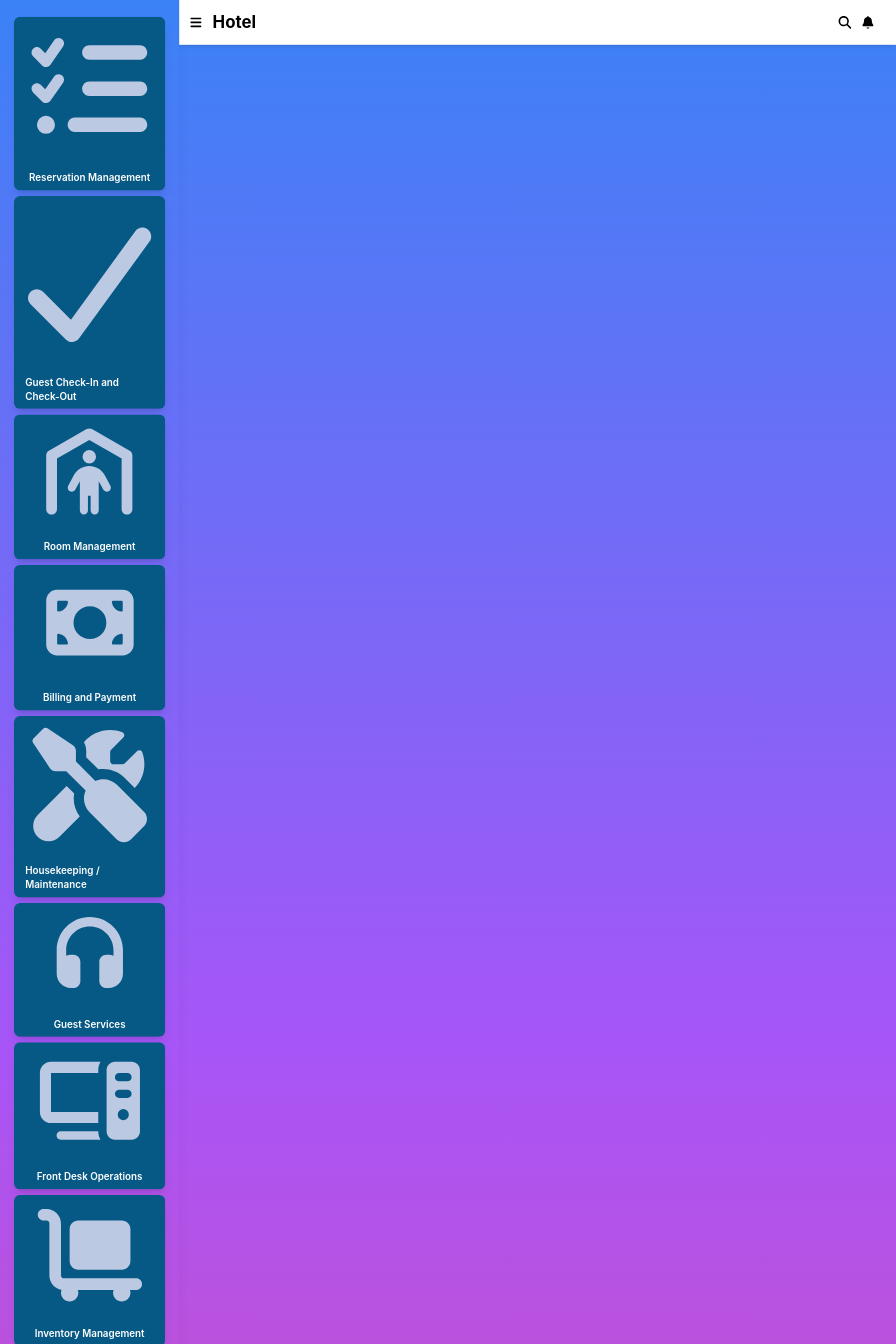
Repository: musabismael/Hotel
Page: /
An editor plug-in stored every save of this project. The page is shown before and after the next save, followed by the edit.
The browser window is 1280 px wide. The pictures show the part of the page from y = 0 to 1920 px (the page is 3016 px tall), at 70% of full size.
The project was rebuilt for these pictures with package versions that can differ from the ones it lists, and the page was loaded fresh each time. Also part of the build but not shown: vite.config.js, src/App.css, src/pages/ReservationManagement.jsx, src/pages/GuestCheckInOut.jsx, src/pages/RoomManagement.jsx, src/pages/BillingPayment.jsx, src/pages/HousekeepingMaintenance.jsx, src/pages/GuestServices.jsx and 6 more.

Above is the page before, as saved 2023-10-01 19:12:14.

### index.html
<!doctype html>
<html lang="en">
  <head>
    <meta charset="UTF-8" />
    <link rel="icon" type="image/svg+xml" href="/vite.svg" />
    <meta name="viewport" content="width=device-width, initial-scale=1.0" />
    <title>Hotel</title>
  </head>
  <body>
    <div id="root"></div>
    <script type="module" src="/src/main.jsx"></script>
  </body>
</html>

### src/App.jsx
import "./App.css";
import { createBrowserRouter } from "react-router-dom";
import { RouterProvider } from "react-router";
import LandingPageLayout from "./layouts/LandingPageLayout";
import ReservationManagement from "./pages/ReservationManagement";
import GuestCheckInOut from "./pages/GuestCheckInOut";
import RoomManagement from "./pages/RoomManagement";
import BillingPayment from "./pages/BillingPayment";
import HousekeepingMaintenance from "./pages/HousekeepingMaintenance";
import GuestServices from "./pages/GuestServices";
import FrontDeskOperations from "./pages/FrontDeskOperations";
import InventoryManagement from "./pages/InventoryManagement";
import ReportingAnalytics from "./pages/ReportingAnalytics";
import SecurityAccessControl from "./pages/SecurityAccessControl";
import PointOfSale from "./pages/PointOfSale";
import CRM from "./pages/CRM"; // Import the CRM component
const router = createBrowserRouter([
  {
    path: "/",
    element: <LandingPageLayout />,
    children: [
      {
        path: "/reservation_management",
        element: <ReservationManagement />,
      },
      {
        path: "/guestCheckInOut",
        element: <GuestCheckInOut />,
      },
      {
        path: "/billing_and_payment",
        element: <BillingPayment />,
      },
      {
        path: "/room_management",
        element: <RoomManagement />,
      },
      {
        path: "/housekeeping_maintenance",
        element: <HousekeepingMaintenance />,
      },
      {
        path: "/guest_services",
        element: <GuestServices />,
      }, {
        path: "/desk_operations",
        element: <FrontDeskOperations />,
      }, {
        path: "/security_control",
        element: <SecurityAccessControl />,
      },
      {
        path: "/reporting_and_analytics",
        element: <ReportingAnalytics />,
      }, {
        path: "/inventory_management",
        element: <InventoryManagement />,
      },
      {
        path: "/pos",
        element: <PointOfSale />,
      },
      {
        path: "/crm",
        element: <CRM />,
      },
    ],
  },
]);

const App = () => <RouterProvider router={router} />;
export default App;

### src/index.css
@tailwind base;
@tailwind components;
@tailwind utilities;

:root {
  font-family: Inter, system-ui, Avenir, Helvetica, Arial, sans-serif;
  line-height: 1.5;
  font-weight: 400;
  background-image: url("cover.jpeg"), url("cover.jpeg");
  background-color:#397398;

  font-synthesis: none;
  text-rendering: optimizeLegibility;
  -webkit-font-smoothing: antialiased;
  -moz-osx-font-smoothing: grayscale;
  -webkit-text-size-adjust: 100%;
}

### src/layouts/LandingPageLayout.jsx
import { Outlet } from "react-router";
import Header from "../component/Header";
import Sidebar from "../component/Sidebar";
const LandingPageLayout = () => {
  return (
    <div className="flex bg-gradient-to-b from-blue-500 via-purple-500 to-pink-500">
      <Sidebar />

      <div className="flex-1">
        <Header />
        <main className="p-4">
          <Outlet />
        </main>
      </div>
    </div>
  );
};

export default LandingPageLayout;

### src/component/Header.jsx
import { FontAwesomeIcon } from "@fortawesome/react-fontawesome";
import { faBars, faBell, faSearch } from "@fortawesome/free-solid-svg-icons";

function Header() {
  return (
    <header className="bg-white shadow-md p-4 flex justify-between items-center sticky top-0 w-full  ">
      <div className="flex items-center">
        <FontAwesomeIcon
          icon={faBars}
          className="text-black mr-4 text-lg color"
        />
        <h1 className="text-2xl font-bold text-black">Hotel</h1>
      </div>
      <div className="flex items-center">
        <FontAwesomeIcon icon={faSearch} className="text-black text-lg mr-4" />
        <FontAwesomeIcon icon={faBell} className="text-black text-lg mr-4" />

        {/* Add other icons or elements on the right side here */}
      </div>
    </header>
  );
}

export default Header;

### src/component/Sidebar.jsx
import Card from "./Card";
import {
  faPersonShelter,
  faListCheck,
  faCheck,
  faMoneyBill,
  faScrewdriverWrench,
  faHeadphones,
  faComputer,
  faCartFlatbed,
  faPersonMilitaryPointing,
  faChartBar,
  faKey,
  faBookmark,
} from "@fortawesome/free-solid-svg-icons";

const Sidebar = () => {
  const cardData = [
    {
      id: 1,
      title: "Reservation Management",
      description:
        "Online booking, availability calendar, and booking modification.",
      icon: faListCheck,
      link: "/reservation_management",
    },
    {
      id: 2,
      title: "Guest Check-In and Check-Out",
      description: "Guest registration, check-out, and key card issuance.",
      icon: faCheck,
      link: "/GuestCheckInOut",
    },
    {
      id: 3,
      title: "Room Management",
      description: "Room assignment, status updates, and inventory tracking.",
      icon: faPersonShelter,
      link: "/room_Management",
    },
    {
      id: 4,
      title: "Billing and Payment",
      description: "Invoicing, payment processing, and split billing.",
      icon: faMoneyBill,
      link: "/billing_and_payment",
    },
    {
      id: 5,
      title: "Housekeeping / Maintenance",
      description:
        "Housekeeping schedule, maintenance requests, and inventory management.",
      icon: faScrewdriverWrench,
      link: "/housekeeping_maintenance",
    },
    {
      id: 6,
      title: "Guest Services",
      description:
        "Concierge services, room service, wake-up calls, and laundry services.",
      icon: faHeadphones,
      link: "/guest_services",
    },
    {
      id: 7,
      title: "Front Desk Operations",
      description: "Guest inquiries, check-in/out, and guest profile access.",
      icon: faComputer,
      link: "/desk_operations",
    },
    {
      id: 8,
      title: "Inventory Management",
      description: "Managing hotel supplies and amenities.",
      icon: faCartFlatbed,
      link: "/inventory_management",
    },
    {
      id: 9,
      title: "Reporting and Analytics",
      description: "Generate reports on occupancy, revenue, and key metrics.",
      icon: faChartBar,
      link: "/reporting_and_analytics",
    },

    {
      id: 10,
      title: "Security and Access Control",
      description: "Surveillance camera integration and access control.",
      icon: faKey,
      link: "/security_control",
    },
    {
      id: 11,
      title: "Point of Sale (POS)",
      description:
        "Integration with on-site restaurants, bars, and gift shops.",
      icon: faBookmark,
      link: "/pos",
    },

    {
      id: 12,
      title: "Customer Relationship Management (CRM)",
      description: "Guest profiles, preferences, and loyalty programs.",
      icon: faPersonMilitaryPointing,
      link: "/crm",
    },

    // Add more service/feature objects here
  ];

  const handleCardClick = (id) => {
    console.log(`Card with ID ${id} clicked`);
  };
  return (
    <aside className="p-4 w-1/5 min-h-screen overflow-y-auto bg-gradient-to-b from-blue-500 via-purple-500 to-pink-500 shadow-lg">
      <nav>
        {cardData.map((card) => (
          <Card
            key={card.id}
            link={card.link}
            icon={card.icon}
            title={card.title}
            onClick={() => handleCardClick(card.id)}
          />
        ))}
      </nav>
    </aside>
  );
};

export default Sidebar;

### src/component/Card.jsx
import { Link } from "react-router-dom";
import { FontAwesomeIcon } from "@fortawesome/react-fontawesome";
function Card({ link, icon, title, onClick }) {
  return (
    <div
      className="max-w-sm  mx-1 my-2 cursor-pointer shadow-lg rounded-lg overflow-hidden hover:shadow-xl transition duration-300 transform hover:scale-105"
      onClick={onClick}
    >
      <div className="bg-sky-800 rounded-lg overflow-hidden shadow-lg flex flex-col items-center justify-center">
        <Link to={link} className="text-blue-600 hover:text-blue-800">
          <FontAwesomeIcon
            icon={icon}
            size="2xs"
            className=" w-auto p-5 h-auto object-cover"
            style={{ color: "#bbc9e2" }}
          />

          <div className="px-4 py-2 items-center">
            <h3 className=" text-white text-sm  flex flex-col text-ellipsis items-center font-semibold">
              {title}
            </h3>
            {/* Add more content or description here if needed */}
          </div>
        </Link>
      </div>
    </div>
  );
}

export default Card;

### tailwind.config.js
/** @type {import('tailwindcss').Config} */
export default {
  content: [
    "./index.html",
    "./src/**/*.{js,ts,jsx,tsx}",
  ],
  theme: {
    extend: {
      fontFamily: {
        'custom': ['CustomFont', 'sans'],
      },
      textColor: {
        'custom': '#333333', // Custom text color
      },
    },
  },
  plugins: [],
}

Loaded but not shown: src/main.jsx (common file)

After the next save:
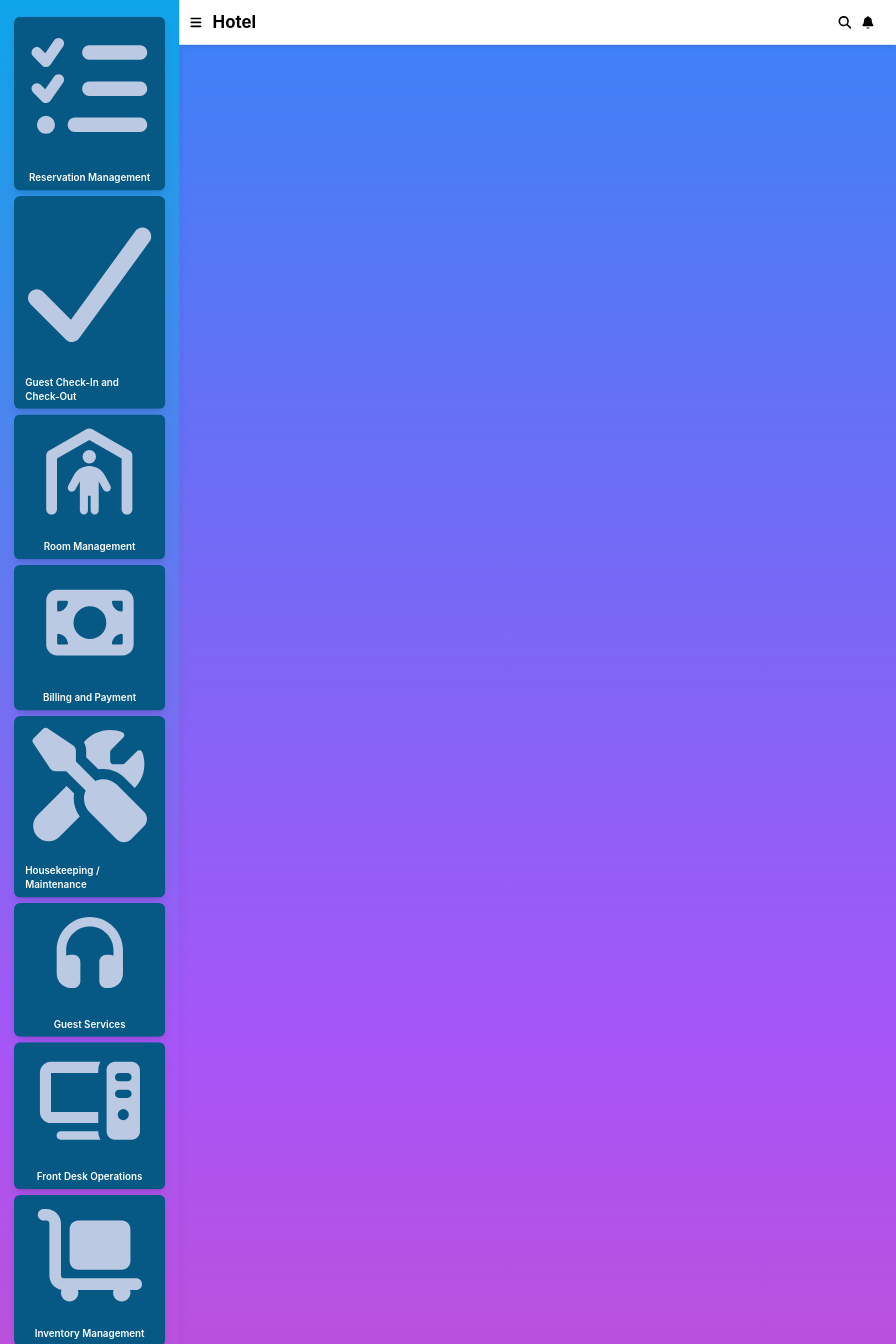
Saved 11 s later.
--- a/src/component/Sidebar.jsx
+++ b/src/component/Sidebar.jsx
@@ -114,7 +114,7 @@ const Sidebar = () => {
     console.log(`Card with ID ${id} clicked`);
   };
   return (
-    <aside className="p-4 w-1/5 min-h-screen overflow-y-auto bg-gradient-to-b from-blue-500 via-purple-500 to-pink-500 shadow-lg">
+    <aside className="p-4 w-1/5 min-h-screen overflow-y-auto bg-gradient-to-b from-sky-500 via-purple-500 to-pink-500 shadow-lg">
       <nav>
         {cardData.map((card) => (
           <Card
